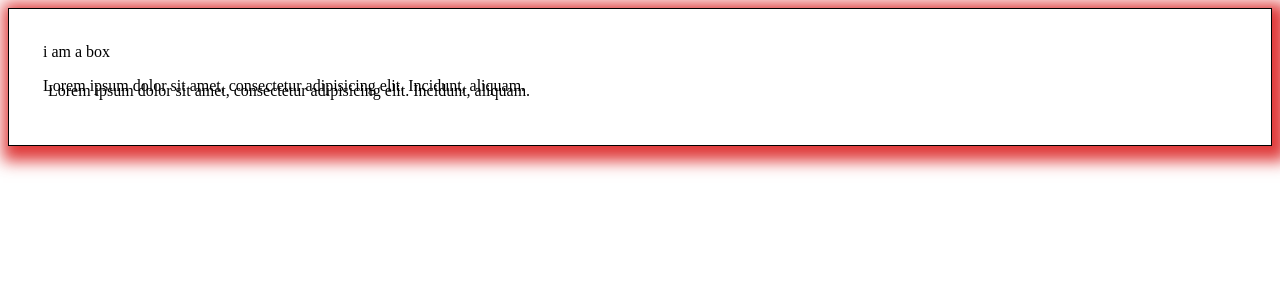
Repository: diensy/Web_dev
Page: Css/Shadows/shadow.html
An editor plug-in stored every save of this project. The page is shown before and after a run of saves, followed by the edit.
The browser window is 1280 px wide. The pictures show the whole page.

Above is the page before, as saved 2024-05-25 20:23:31.

### Css/Shadows/shadow.html
<!DOCTYPE html>
<html lang="en">
  <head>
    <meta charset="UTF-8" />
    <meta name="viewport" content="width=device-width, initial-scale=1.0" />
    <title>shadow</title>
    <link rel="stylesheet" href="shadow.css" />
  </head>
  <body>
    <div class="box">
      i am a box
      <p>
        Lorem ipsum dolor sit amet, consectetur adipisicing elit. Incidunt,
        aliquam.
      </p>
    </div>
  </body>
</html>

### Css/Shadows/shadow.css
.box{
    border: 1px solid black;
    padding: 34px;
    box-shadow: 5px 5px 15px 10px rgba(214, 1, 1, 0.772) ;
}
p{
    text-shadow: 5px 5px ;
}

After the next 3 saves:
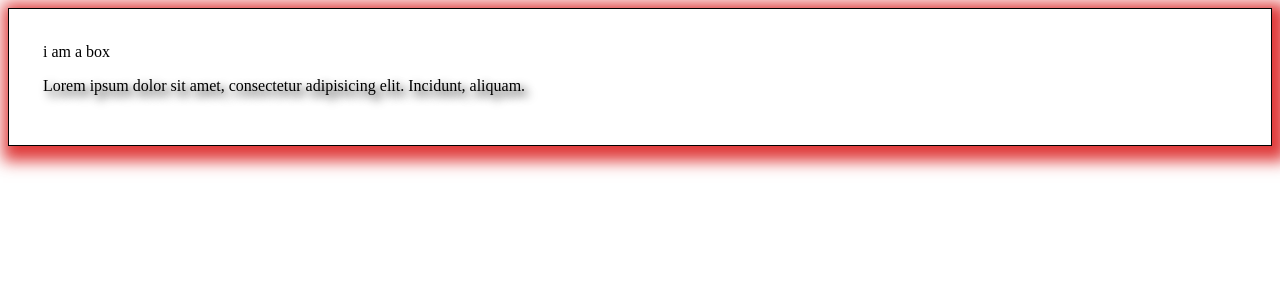
The 3 saves are shown as one change because they came seconds apart.
The last was saved 12 s later.
--- a/Css/Shadows/shadow.css
+++ b/Css/Shadows/shadow.css
@@ -4,5 +4,5 @@
     box-shadow: 5px 5px 15px 10px rgba(214, 1, 1, 0.772) ;
 }
 p{
-    text-shadow: 5px 5px ;
+    text-shadow: 5px 5px 10px ;
 }
